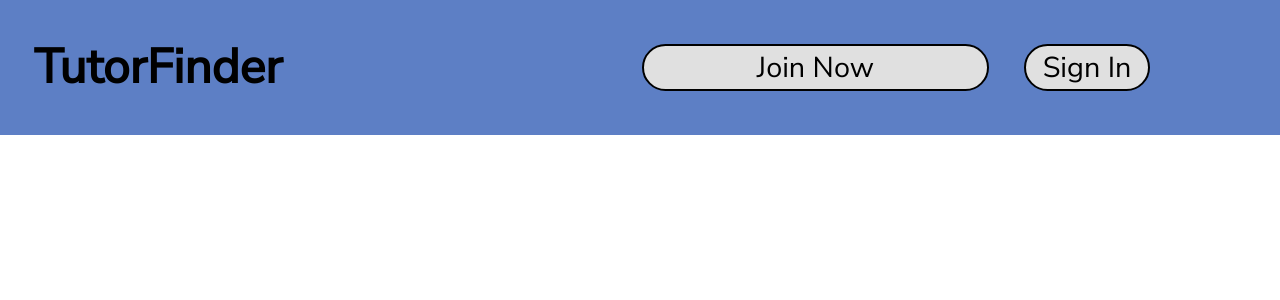
Repository: uprm-inso-4117-2020-2021-s2/semester-project-uprm-inso-4117-2020-2021-s2-team-7
Page: / (app in tutorfinder/)
An editor plug-in stored every save of this project. The page is shown before and after the next save, followed by the edit.
The browser window is 1280 px wide. The pictures show the whole page.
The project was rebuilt for these pictures with package versions that can differ from the ones it lists, and the page was loaded fresh each time. Also part of the build but not shown: tutorfinder/src/App.css.

Above is the page before, as saved 2021-03-29 23:07:23.

After the next save:
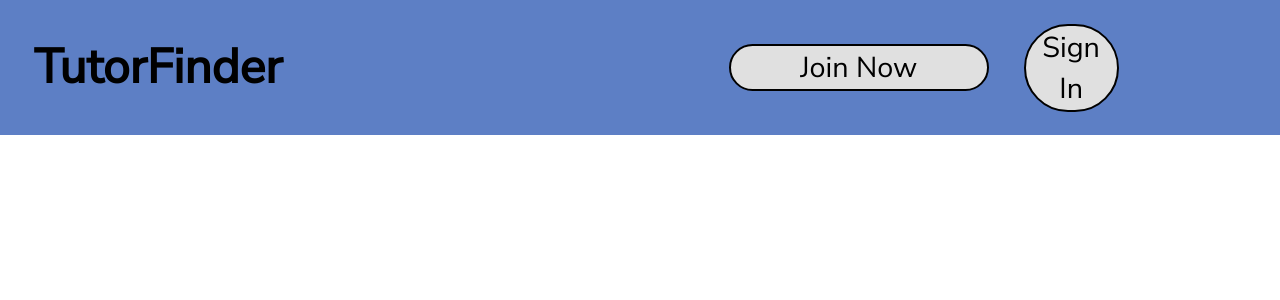
Saved 6 s later.
--- a/tutorfinder/src/Nav.css
+++ b/tutorfinder/src/Nav.css
@@ -20,7 +20,7 @@
   border-radius: 45px;
   outline: none;
   border-style: solid;
-  width: 100%;
+  width: 75%;
 }
 
 .buttonLetters {
